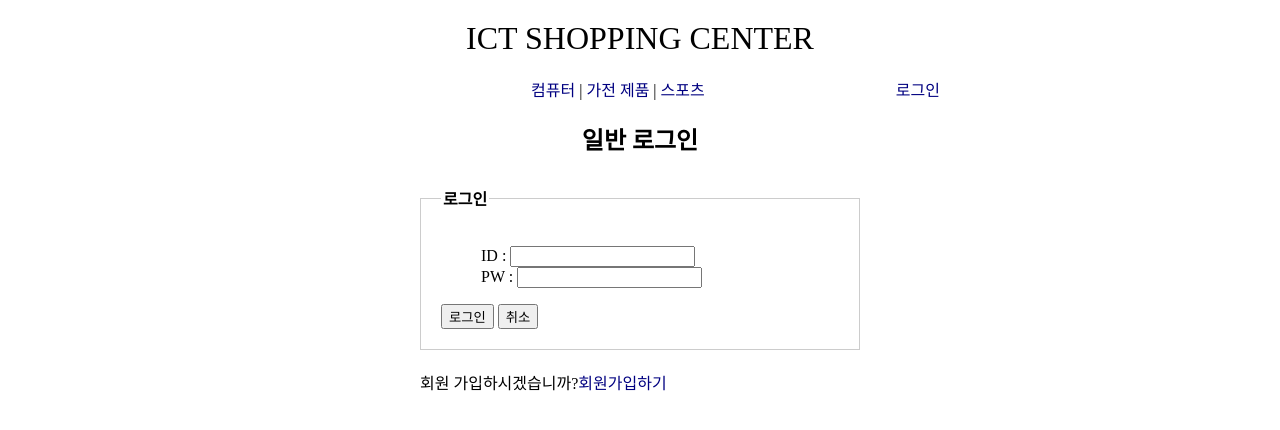
Repository: xlz5000/ICT
Page: http://localhost/spring_mvc02/WEB-INF/views/day09/loginForm.jsp
These files come from the project's save history. The page is drawn as it stood at one moment and after the next save; the edit follows.
The browser window is 1280 px wide. The pictures show the whole page.
The page is served by Tomcat 9. Nobody is signed in. The template is opened directly, without the code that normally fills it, so the values that code supplies are empty.

Above is the page before, as saved 2025-04-17 01:01:05.

After the next save:
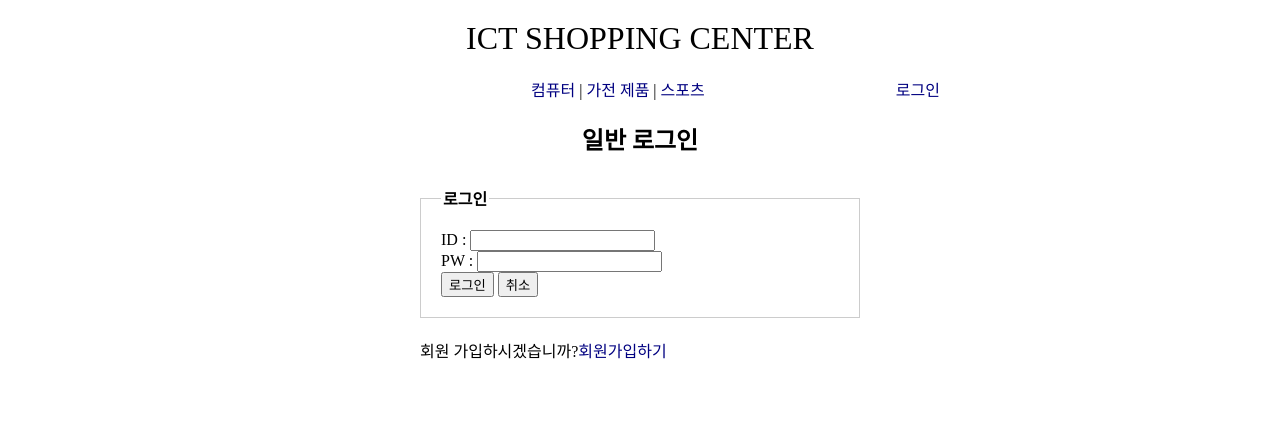
Saved 7 s later.
--- a/spring_mvc02/src/main/webapp/WEB-INF/views/day09/loginForm.jsp
+++ b/spring_mvc02/src/main/webapp/WEB-INF/views/day09/loginForm.jsp
@@ -35,6 +35,8 @@ font-weight:  bold;
 
 ul{
 list-style-type: none;
+padding: 0;
+margin: 0;
 }
 
 </style>
